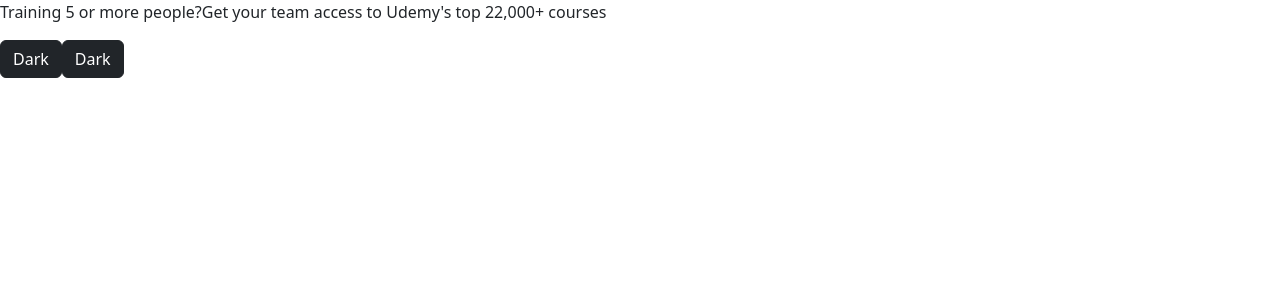
Repository: Taniafdes/newProject
Page: /division/division
An editor plug-in stored every save of this project. The page is shown before and after a run of saves, followed by the edit.
The browser window is 1280 px wide. The pictures show the whole page.
The project was rebuilt for these pictures with package versions that can differ from the ones it lists, and the page was loaded fresh each time. The framework's server and built-in components were replaced by stand-ins that run in the browser. Also part of the build but not shown: next.config.js.

Above is the page before, as saved 2023-06-15 15:44:09.

After the next 3 saves:
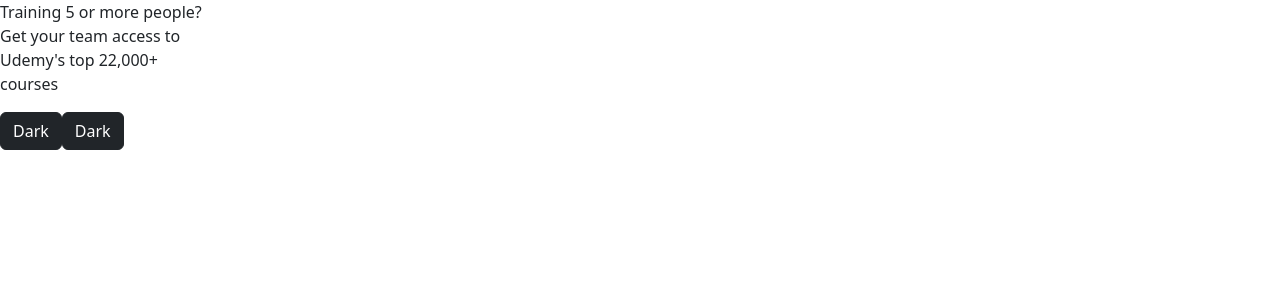
The 3 saves are shown as one change because they came seconds apart.
The last was saved 10 s later.
--- a/pages/division/division.js
+++ b/pages/division/division.js
@@ -5,7 +5,7 @@
 const division = () => {
   return (
    <div>
-   <div className='col'>
+   <div className='col-lg-2'>
        <p>Training 5 or more people?Get your team access to Udemy's top 22,000+ courses</p>
 </div>
 <div>

After the 3 saves that followed:
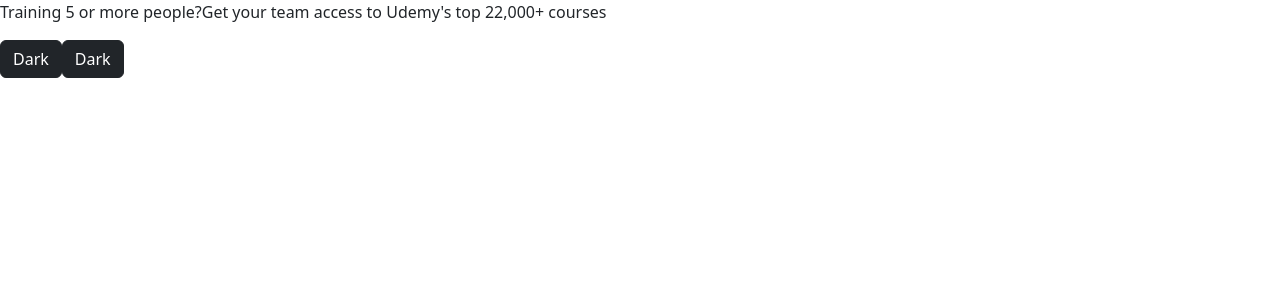
The 3 saves are shown as one change because 1 left the picture as it was and some came seconds apart.
The last was saved 29 s later.
--- a/pages/division/division.js
+++ b/pages/division/division.js
@@ -5,10 +5,9 @@
 const division = () => {
   return (
    <div>
-   <div className='col-lg-2'>
+   <div className='col-lg-6'>
        <p>Training 5 or more people?Get your team access to Udemy's top 22,000+ courses</p>
-</div>
-<div>
+
 <Button variant="dark">Dark</Button>
 <Button variant="dark">Dark</Button>
 </div>
